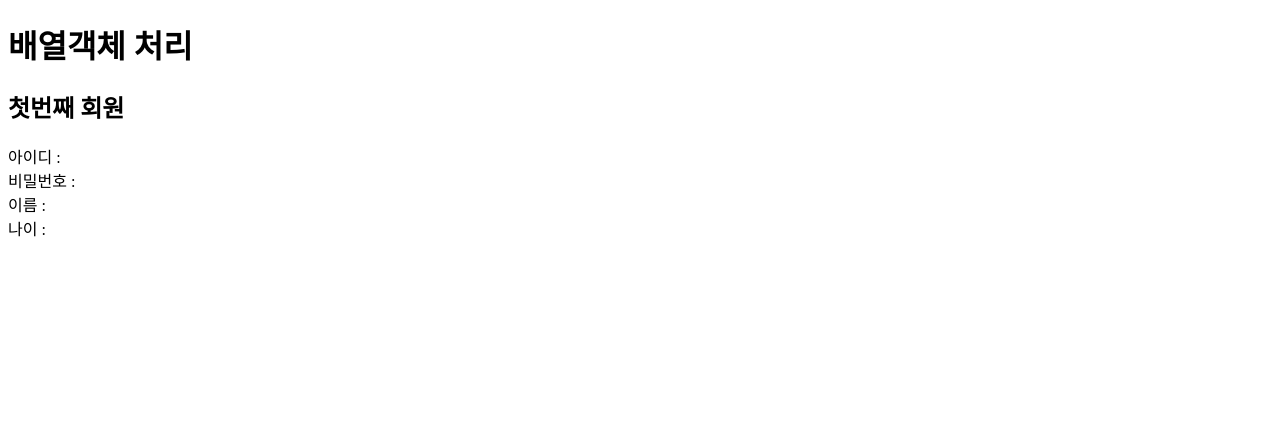
Repository: ajtwls1256/Web-workspace
Page: http://localhost/Day55-jspTag/EL/jsp_EL_Test3.jsp
The author's editor kept a copy of each file at every save. The page is drawn from the files as they stood at one save, then again after a run of saves.
The browser window is 1280 px wide. The pictures show the whole page.
The page is served by Tomcat 9.

Above is the page before, as saved 2019-10-14 02:14:12.

### Day55-jspTag/WebContent/EL/jsp_EL_Test3.jsp
<%@ page language="java" contentType="text/html; charset=UTF-8"
    pageEncoding="UTF-8"%>
<!DOCTYPE html PUBLIC "-//W3C//DTD HTML 4.01 Transitional//EN" "http://www.w3.org/TR/html4/loose.dtd">
<html>
<head>
<meta http-equiv="Content-Type" content="text/html; charset=UTF-8">
<title>Insert title here</title>
</head>
<body>
	<h1>배열객체 처리</h1>
	<h2>첫번째 회원</h2>
	아이디 : ${members[0].id }<br>
	비밀번호 : ${members[0].pw }<br>
	이름 : ${members[0].name }<br>
	나이 : ${members[0].age }<br>

</body>
</html>

After the next 2 saves:
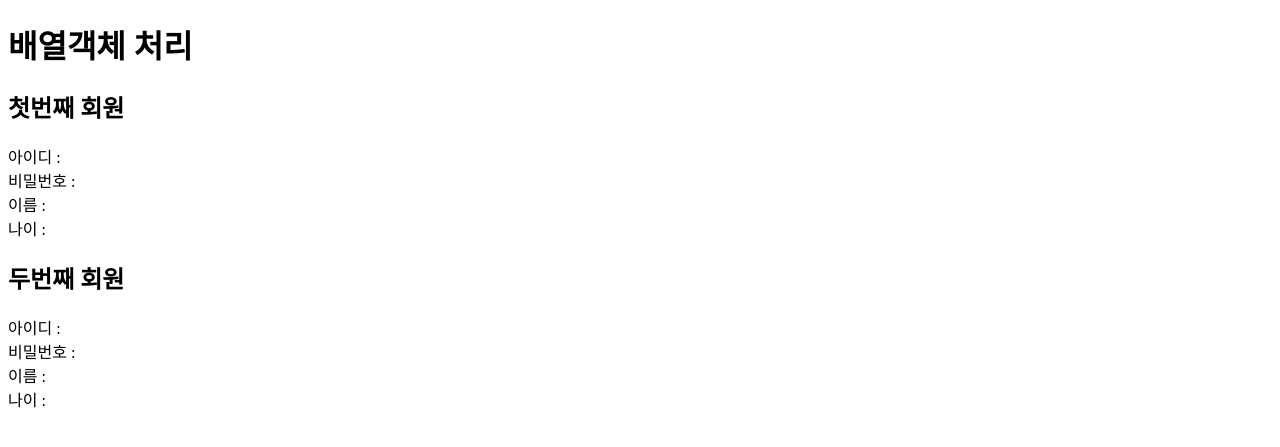
The 2 saves are shown as one change because they came seconds apart.
The last was saved 41 s later.
--- a/Day55-jspTag/WebContent/EL/jsp_EL_Test3.jsp
+++ b/Day55-jspTag/WebContent/EL/jsp_EL_Test3.jsp
@@ -8,11 +8,18 @@
 </head>
 <body>
 	<h1>배열객체 처리</h1>
+
 	<h2>첫번째 회원</h2>
 	아이디 : ${members[0].id }<br>
 	비밀번호 : ${members[0].pw }<br>
 	이름 : ${members[0].name }<br>
 	나이 : ${members[0].age }<br>
 
+	<h2>두번째 회원</h2>
+	아이디 : ${members[1].id }<br>
+	비밀번호 : ${members[1].pw }<br>
+	이름 : ${members[1].name }<br>
+	나이 : ${members[1].age }<br>
+
 </body>
 </html>
